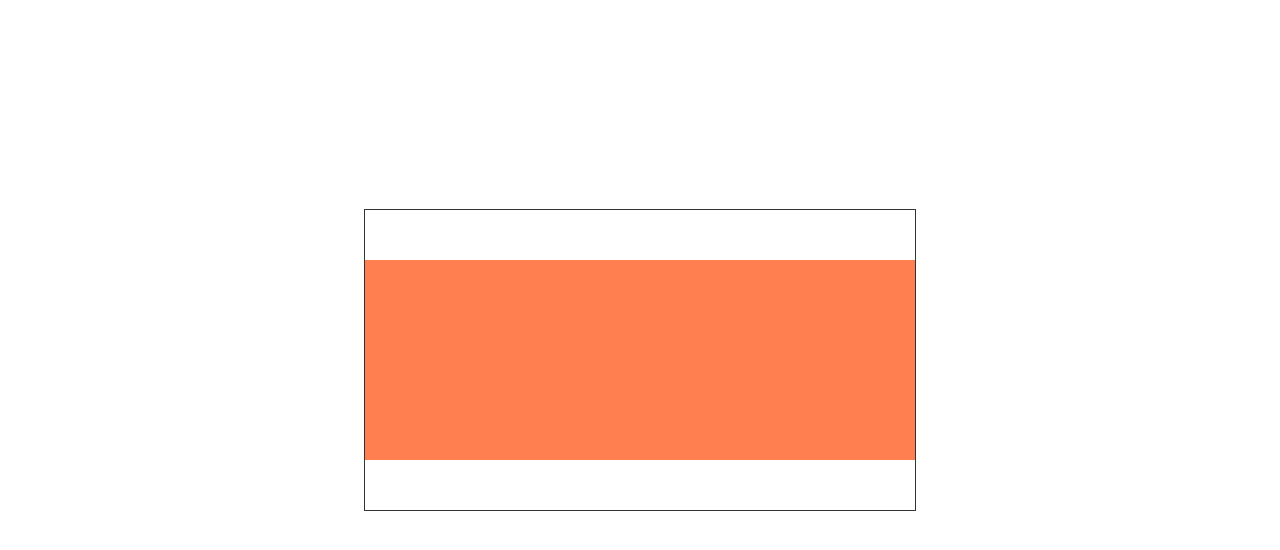
Repository: safak/animation
Page: index-4.html
These files come from the project's save history. The page is drawn as it stood at one moment and after the next save; the edit follows.
The browser window is 1280 px wide. The pictures show the whole page.

Above is the page before, as saved 2020-12-17 00:29:18.

After the next save:
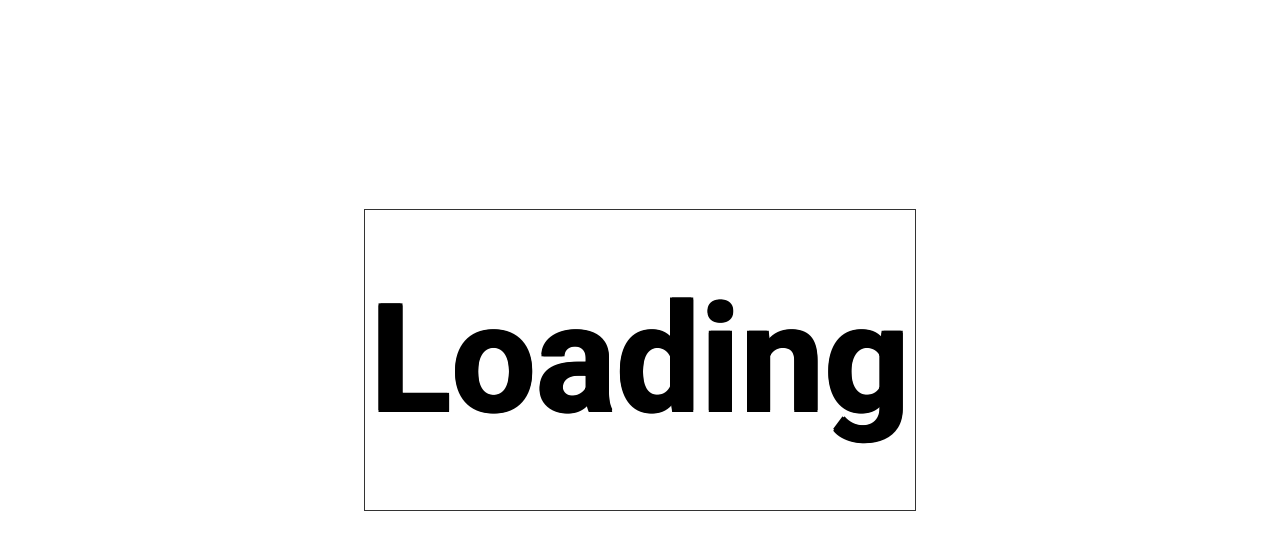
Saved 13 s later.
--- a/style.css
+++ b/style.css
@@ -166,7 +166,7 @@ h1 {
 
 .fill {
   position: absolute;
-  /* left: -100%; */
+  left: -100%;
   width: 100%;
   height: 200px;
   background-color: coral;
